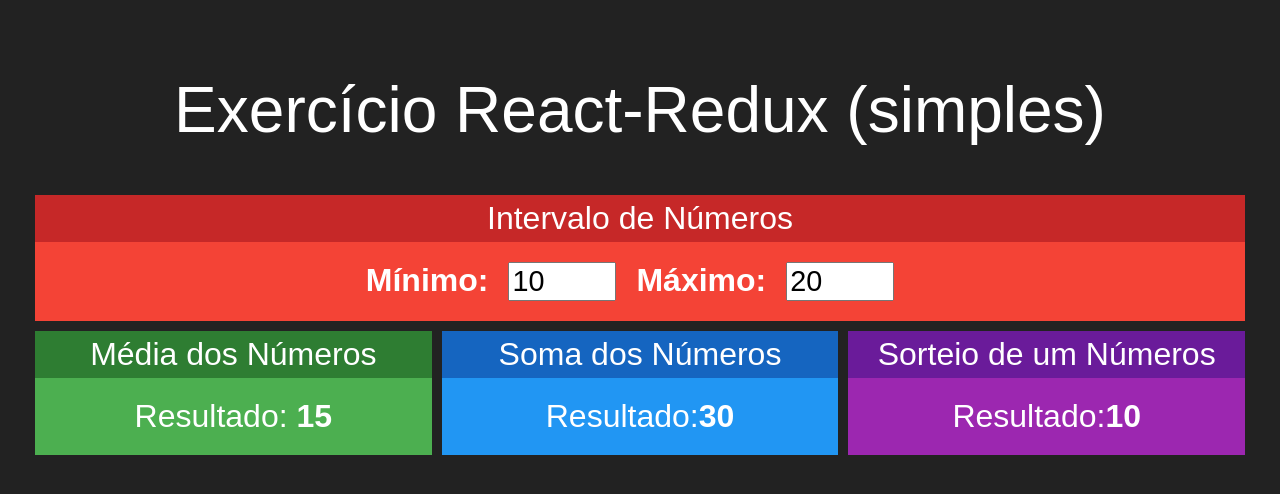
Repository: Henrique-Franca/Clear-Redux-Simples
Page: /
The author's editor kept a copy of each file at every save. The page is drawn from the files as they stood at one save, then again after a run of saves.
The browser window is 1280 px wide. The pictures show the whole page.
The project was rebuilt for these pictures with package versions that can differ from the ones it lists, and the page was loaded fresh each time.

Above is the page before, as saved 2022-11-22 08:40:10.

### src/index.css
body{
  background-color: #222;
  font-size: 2rem;
  font-family: Arial, Helvetica, sans-serif;
  color: #fff;
  margin: 30px;
}

### src/App.js
import './App.css';
import React, {useState} from 'react';

import Intervalo from './components/Intervalo';
import Media from './components/Media';
import Soma from './components/Soma';
import Sorteio from './components/Sorteio';

function App() {

  const [min, setMin] = useState(10)
  const [max, setMax] = useState(20)

  return (
    <div className="App">
      <h1>Exercício React-Redux (simples)</h1>

      <div className='linha'>
        <Intervalo min={min} max={max}
          onMinChanged={setMin}
          onMaxChanged={setMax}>
          </Intervalo>
      </div>
      <div className='linha'>
        <Media min={min} max={max}></Media>
        <Soma min={min} max={max}></Soma>
        <Sorteio min={min} max={max}></Sorteio>
      </div>
    </div>
  );
}

export default App;

### src/components/Intervalo.jsx
import './Intervalo.css'
import React from 'react'

import Card from './Card'

export default props =>{

    const { min, max } = props;

    return (
        <Card title='Intervalo de Números' red>
            <div className="Intervalo">
                <span>
                    <strong>Mínimo:</strong>
                    <input type="number" value={min}
                        onChange={e => props.onMinChanged(+e.target.value)}/>
                </span>
                <span>
                    <strong>Máximo:</strong>
                    <input type="number" value={max}
                        onChange={e => props.onMaxChanged(+e.target.value)}/>
                </span>
            </div>

        </Card>
    )

}

### src/components/Media.jsx
import React from 'react'

import Card from './Card'

export default props =>{
    const { min, max } = props;
  return (
    <Card title="Média dos Números" green>
      <div>
        <span>
          <span>Resultado: </span>
          <strong>{(max + min) / 2}</strong>
        </span>
      </div>
    </Card>
    )

}

### src/components/Soma.jsx
import React from 'react'

import Card from './Card'

export default props =>{

    const { min, max } = props;

    return (
        <Card title='Soma dos Números' blue>

            <div >
                <span>
                    <span>Resultado:</span>
                    <strong>{max + min}</strong>
                </span>

            </div>

        </Card>
    )

}

### src/components/Sorteio.jsx
import React from 'react'

import Card from './Card'

export default props =>{

    const { min, max } = props;
    const aleatorio = parseInt(Math.random() * (max - min)) + min

    return (
        <Card title='Sorteio de um Números' purple>

            <div >
                <span>
                    <span>Resultado:</span>
                    <strong>{aleatorio}</strong>
                </span>

            </div>

        </Card>
    )

}

### src/components/Intervalo.css
.Intervalo input{
    font-size: 1.8rem;
    margin-left: 20px;
    margin-right: 20px;
    width: 100px;
}

### src/components/Card.jsx
import './Card.css'
import React from 'react'

function getColor(props){
    if(props.red) return "Red"
    if(props.blue) return "Blue"
    if(props.green) return "Green"
    if(props.purple) return "Purple"
    return ""
}

export default props=>{

    return (
        <div className={`Card ${getColor(props)}`}>

            <div className="Header">
                <span className='Title'>{props.title}</span>
            </div>
            <div className='Content'>
                {props.children}
            </div>

        </div>
    )

}

### src/components/Card.css
.Card {
    flex: 1;
    display: flex;
    flex-direction: column;
    margin: 5px;
}

.Card .Header {
    display: flex;
    justify-content: center;
}

.Card .Header .Title {
    flex: 1;
    padding: 5px;
}

.Card .Content {
    padding: 20px;
}

.Card.Red .Header { color: #FFF; background-color: #c62828; }
.Card.Red .Content { background-color: #f44336; }

.Card.Green .Header { color: #FFF; background-color: #2e7d32; }
.Card.Green .Content { background-color: #4caf50; }

.Card.Blue .Header { color: #FFF; background-color: #1565c0; }
.Card.Blue .Content { background-color: #2196f3; }

.Card.Purple .Header { color: #FFF; background-color: #6A1B9A; }
.Card.Purple .Content { background-color: #9c27b0; }

Loaded but not shown: public/index.html (common file); src/index.js (common file); src/reportWebVitals.js (common file); src/App.css (common file)

After the next 2 saves:
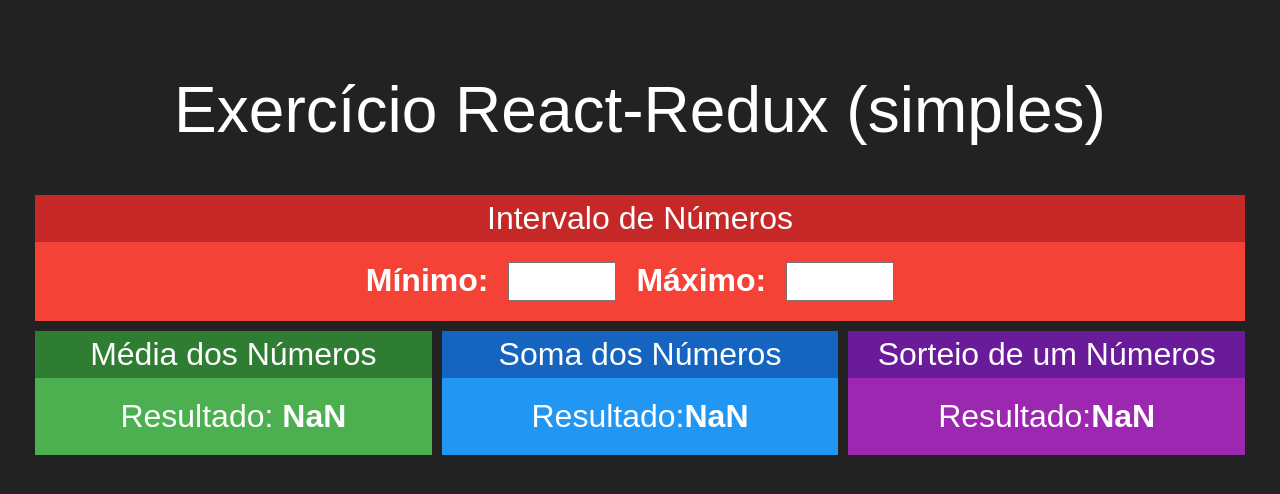
The 2 saves are shown as one change because 1 did not build or start.
The last was saved 13 min 29 s later.
--- a/src/App.js
+++ b/src/App.js
@@ -1,5 +1,5 @@
 import './App.css';
-import React, {useState} from 'react';
+import React from 'react';
 
 import Intervalo from './components/Intervalo';
 import Media from './components/Media';
@@ -8,23 +8,18 @@ import Sorteio from './components/Sorteio';
 
 function App() {
 
-  const [min, setMin] = useState(10)
-  const [max, setMax] = useState(20)
 
   return (
     <div className="App">
       <h1>Exercício React-Redux (simples)</h1>
 
       <div className='linha'>
-        <Intervalo min={min} max={max}
-          onMinChanged={setMin}
-          onMaxChanged={setMax}>
-          </Intervalo>
+        <Intervalo ></Intervalo>
       </div>
       <div className='linha'>
-        <Media min={min} max={max}></Media>
-        <Soma min={min} max={max}></Soma>
-        <Sorteio min={min} max={max}></Sorteio>
+        <Media></Media>
+        <Soma></Soma>
+        <Sorteio></Sorteio>
       </div>
     </div>
   );
